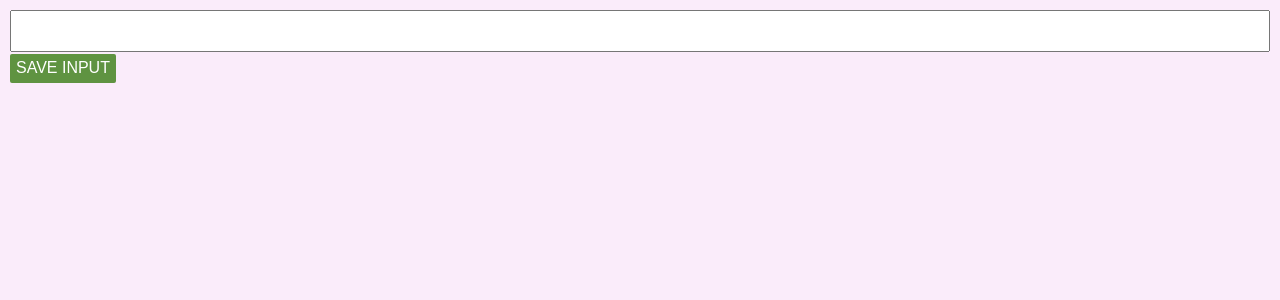
Repository: jt010051/chromeExtension
Page: index.html
The author's editor kept a copy of each file at every save. The page is drawn from the files as they stood at one save, then again after the next save.
The browser window is 1280 px wide. The pictures show the whole page.

Above is the page before, as saved 2022-02-27 17:15:08.
Not found: index.js

After the next save:
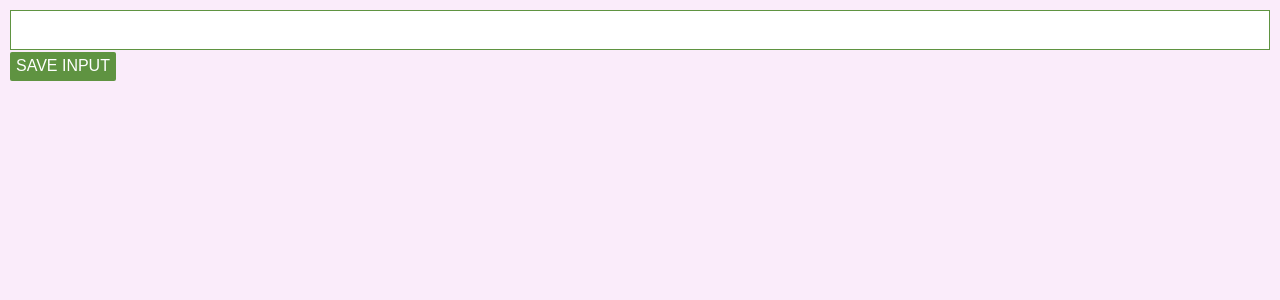
Saved 31 s later.
--- a/index.css
+++ b/index.css
@@ -13,8 +13,9 @@ input {
     padding-right: 10px;
     padding-bottom: 10px;
     padding-top: 10px;
-    color: #5f9341;
+
     box-sizing: border-box;
+    border: 1px solid #5f9341;
 }
 
 button {
